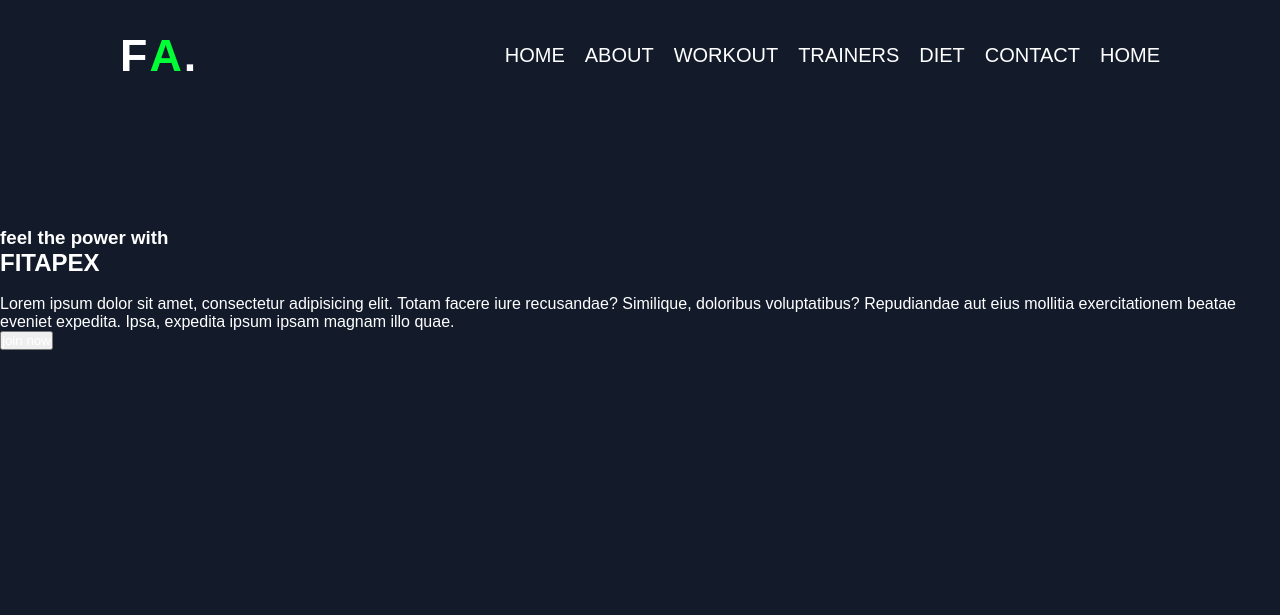
Repository: guilhermecardoso93/fitapex
Page: index.html
An editor plug-in stored every save of this project. The page is shown before and after the next save, followed by the edit.
The browser window is 1280 px wide. The pictures show the whole page.

Above is the page before, as saved 2023-03-05 20:42:54.
Not found: css/assets/banner.jpg

### index.html
<!DOCTYPE html>
<html lang="pr-BR">
  <head>
    <meta charset="UTF-8" />
    <meta http-equiv="X-UA-Compatible" content="IE=edge" />
    <meta name="viewport" content="width=device-width, initial-scale=1.0" />
    <link rel="stylesheet" href="styles.css" />
    <link
      rel="stylesheet"
      href="https://cdnjs.cloudflare.com/ajax/libs/font-awesome/4.7.0/css/font-awesome.css"
    />
    <title>F.A GYM</title>
  </head>
  <body>
    <div class="navbar">
      <a href="#" class="logo">F<b>A</b>.</a>
      <ol>
        <li>
          <a href="#home">home</a>
        </li>
        <li>
          <a href="#about">about</a>
        </li>
        <li>
          <a href="#workout">workout</a>
        </li>
        <li>
          <a href="#trainers">trainers</a>
        </li>
        <li>
          <a href="#diet">diet</a>
        </li>
        <li>
          <a href="#contact">contact</a>
        </li>
        <li>
          <a href="#home">home</a>
        </li>
      </ol>
    </div>
    <section id="home" class="home view">
      <div class="highlights">
        <h3>feel the power with</h3>
        <h1><b>FIT</b>APEX</h1><br>
        <p class="tagline">
          Lorem ipsum dolor sit amet, consectetur adipisicing elit. Totam facere iure recusandae? Similique, doloribus voluptatibus? Repudiandae aut eius mollitia exercitationem beatae eveniet expedita. Ipsa, expedita ipsum ipsam magnam illo quae.
        </p>
        <button class="join">join now</button>
      </div>
      <div class="banner">

      </div>
    </section>
  </body>
</html>

### styles.css
@import url("https://fonts.googleapis.com/css2?family=Poppins:wght@400;500&display=swap");

@import "./css/_navbar.css";
@import "./css/_home.css";

* {
  margin: 0;
  padding: 0;
  box-sizing: border-box;
  font-family: "Poppisns", sans-serif;
  outline: none;
  color: #fff;
}

:root {
  --prime: #00ff34;
}

body {
  background-color: #131b2b;
}


.view {
  width: 100%;
  min-height: 80vh;
  position: relative;
}

### css/_navbar.css

.navbar {
  width: 100%;
  display: flex;
  position: fixed;
  padding: 30px 120px;
  background-color: transparent;
  justify-content: space-between;
  z-index: 1111;
  transition: 0.5s ease;
}

.logo {
  font-size: 2.8em;
  font-weight: 800;
  letter-spacing: 2px;
  text-transform: uppercase;
  text-decoration: none;
}

.logo B{
  color: var(--prime);
}

ol {
  display: flex;
  margin: auto 0;
}

ol li {
  list-style: none;
  margin-left: 20px;
}

ol li a {
  font-size: 20px;
  font-weight:500;
  text-transform: uppercase;
  text-decoration: none;
}

ol li:hover a {
  color: var(--prime);
}

### css/_home.css
.home {
  display: flex;
  min-height: 120vh;
  align-items: center;
  justify-content: center;
  clip-path: polygon(0 0,100% 0,100% 100%,80% 95%,0 100%)
}

.banner {
   height: 100%;
   width: 100%;
   position: absolute;
   background: url('./assets/banner.jpg')
}

After the next save:
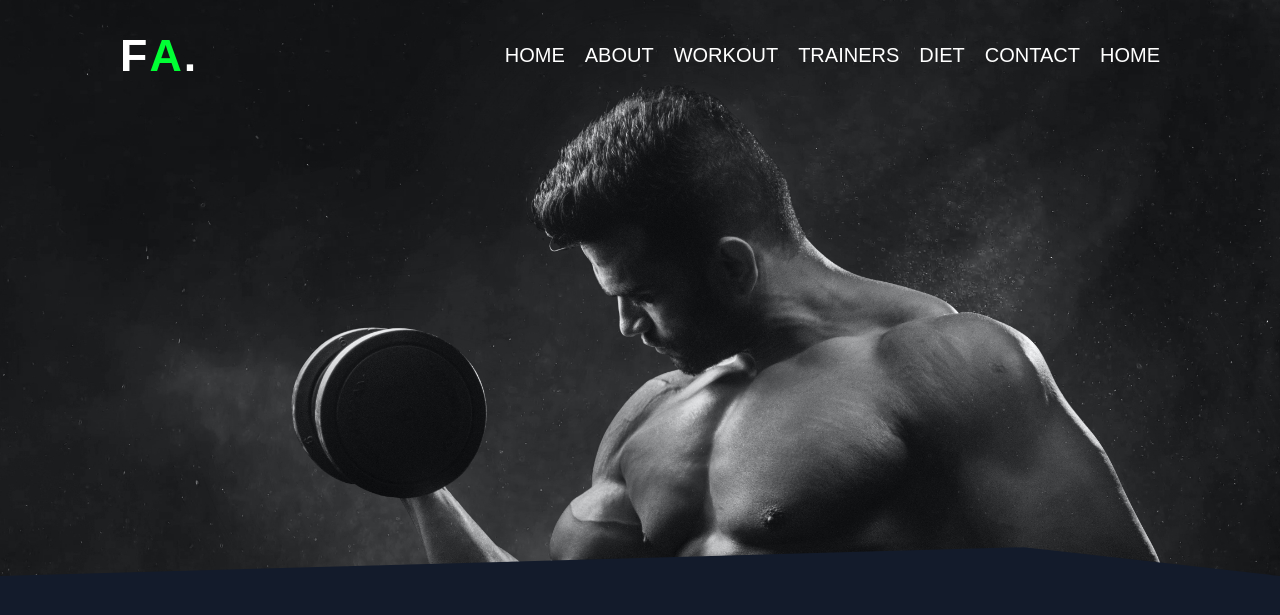
Saved 6 s later.
--- a/css/_home.css
+++ b/css/_home.css
@@ -10,5 +10,5 @@
    height: 100%;
    width: 100%;
    position: absolute;
-   background: url('./assets/banner.jpg')
+   background: url('../assets/banner.jpg')
 }
